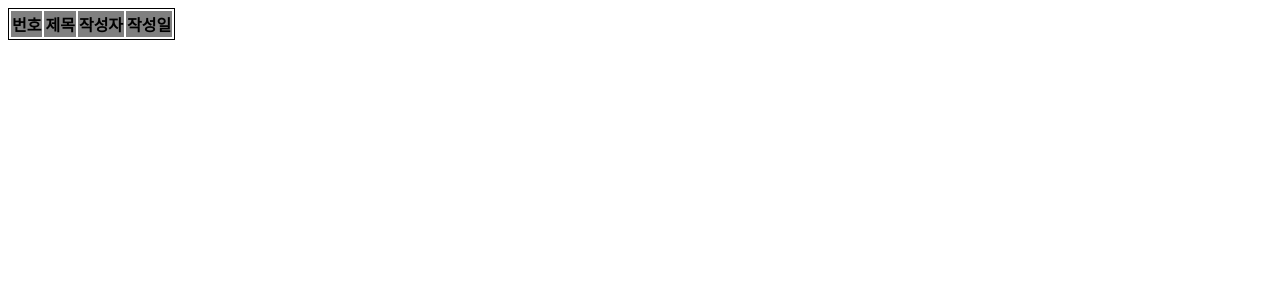
Repository: jjb5442/JSP
Page: http://localhost/07_JSP_FinalProject/board.jsp
An editor plug-in stored every save of this project. The page is shown before and after the next save, followed by the edit.
The browser window is 1280 px wide. The pictures show the whole page.
The page is served by Tomcat 9. Other server files are loaded and not shown.

Above is the page before, as saved 2022-05-29 01:19:43.

### 8Day/workspace/07_JSP_FinalProject/src/main/webapp/board.jsp
<%@ page language="java" contentType="text/html; charset=UTF-8"
    pageEncoding="UTF-8"%>
<!DOCTYPE html>
<html>
<head>
<meta charset="UTF-8">
<title>Insert title here</title>
</head>
<body>
	<div class="container">
		<div class="row">
			<table class="table table-striped" style="text-align: center; border: 1px solid black;">
				<thead>
					<tr style="background-color: gray; text-align: center;">
						<th>번호</th>
						<th>제목</th>
						<th>작성자</th>
						<th>작성일</th>
					</tr>
				</thead>
			</table>
		</div>
	</div>
</body>
</html>

After the next save:
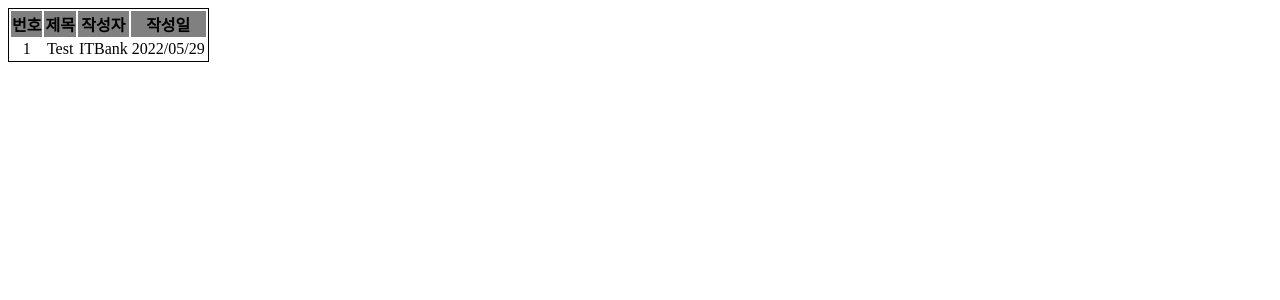
Saved 45 s later.
--- a/8Day/workspace/07_JSP_FinalProject/src/main/webapp/board.jsp
+++ b/8Day/workspace/07_JSP_FinalProject/src/main/webapp/board.jsp
@@ -18,6 +18,14 @@
 						<th>작성일</th>
 					</tr>
 				</thead>
+				<tbody>
+					<tr>
+						<td>1</td>
+						<td>Test</td>
+						<td>ITBank</td>
+						<td>2022/05/29</td>
+					</tr>
+				</tbody>
 			</table>
 		</div>
 	</div>
